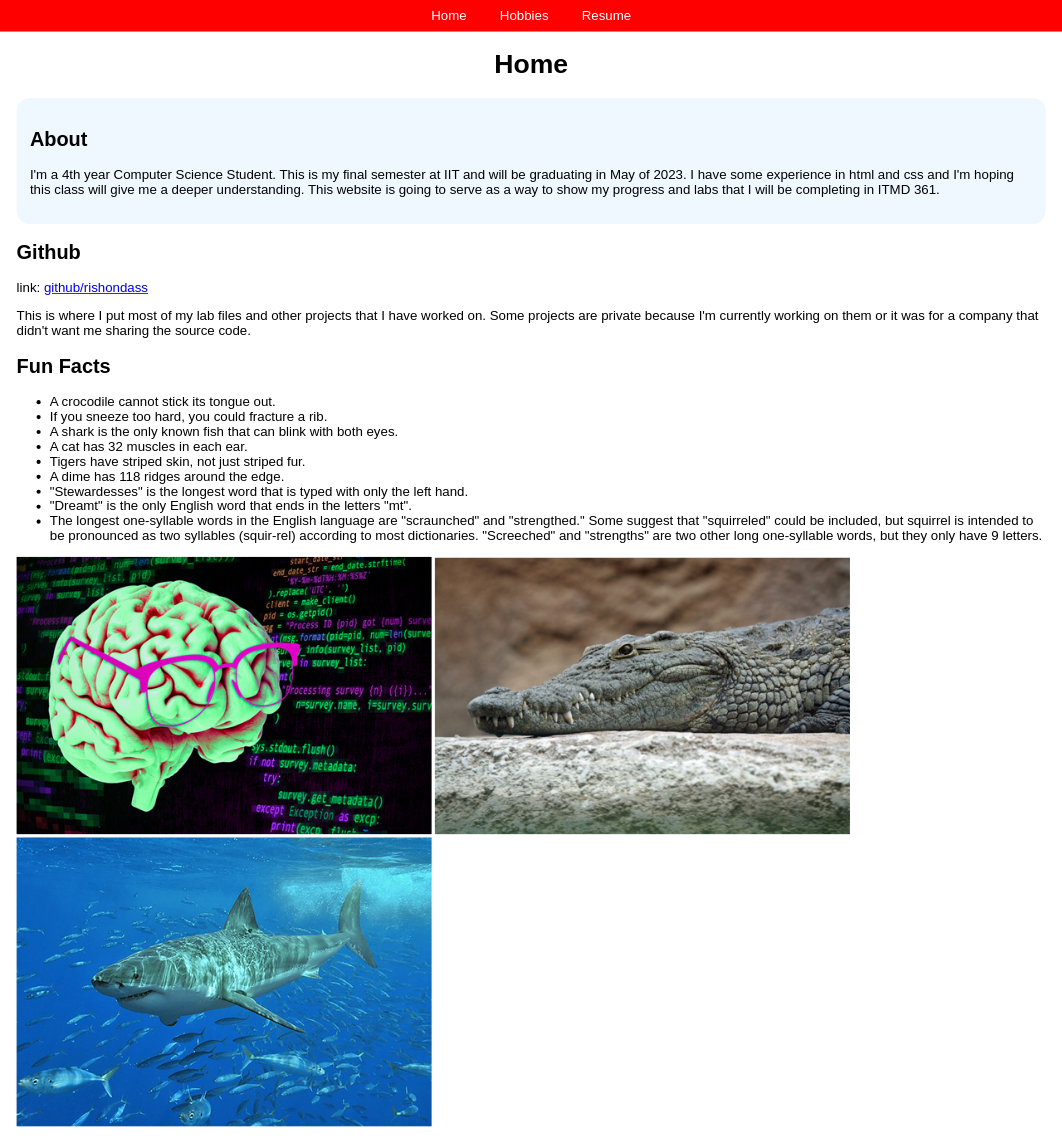
Repository: rishondass/ITMD361-Project2
Page: index.html
The author's editor kept a copy of each file at every save. The page is drawn from the files as they stood at one save, then again after the next save.
The browser window is 1280 px wide. The pictures show the whole page, at 83% of full size.

Above is the page before, as saved 2023-03-07 21:49:19.

### index.html
<!DOCTYPE html>
<html lang="en">
<head>
    <meta charset="UTF-8">
    <meta name="viewport" content="width=device-width, initial-scale=1.0">
    <link rel="stylesheet" href="css/style.css">
    <link rel="stylesheet" href="css/normalize.css">
    <title>Home</title>
</head>
<body>
    <nav id="main-nav">
        <ul>
            <li>
                <a href="index.html">Home</a>
            </li>
            <li>
                <a href="hobbies.html">Hobbies</a>
            </li>
            <li>
                <a href="resume.html">Resume</a>
            </li>
        </ul>
    </nav>
    <div id="hero-section">
        <h1 id="title-Home">
            Home
        </h1>
    </div>
    <div id="main-container">
        <div id="about-section">
            <h2>
                About
            </h2>
            <p>
                I'm a 4th year Computer Science Student. This is my final semester at IIT and will be graduating in May of 2023. I have some experience in html and css and I'm hoping this class will give me a deeper understanding. This website is going to serve as a way to show my progress and labs that I will be completing in ITMD 361.
            </p>
        </div>

        <h2>
            Github
        </h2>
        <p>
            link: <a target="_blank" href="https://www.github.com/rishondass">github/rishondass</a>
        </p>
        <p>
            This is where I put most of my lab files and other projects that I have worked on. Some projects are private because I'm currently working on them or it was for a company that didn't want me sharing the source code.
        </p>
        <h2>
            Fun Facts
        </h2>
        <ul>
            <li>
                A crocodile cannot stick its tongue out.
            </li>
            <li>
                If you sneeze too hard, you could fracture a rib.
            </li>
            <li>
                A shark is the only known fish that can blink with both eyes.
            </li>
            <li>
                A cat has 32 muscles in each ear.
            </li>
            <li>
                Tigers have striped skin, not just striped fur.
            </li>
            <li>
                A dime has 118 ridges around the edge.
            </li>
            <li>
                "Stewardesses" is the longest word that is typed with only the left hand.
            </li>
            <li>
                "Dreamt" is the only English word that ends in the letters "mt".
            </li>
            <li>
                The longest one-syllable words in the English language are "scraunched" and "strengthed." Some suggest that "squirreled" could be included, but squirrel is intended to be pronounced as two syllables (squir-rel) according to most dictionaries. "Screeched" and "strengths" are two other long one-syllable words, but they only have 9 letters.
            </li>
        </ul>
        <img src="images/code.jpg" alt="image_of_code">
        <img src="images/Nile_crocodile_head.jpg" alt="image_of_crocodile">
        <img src="images/White_shark.jpg" alt="image_of_shark">

    </div>
</body>
</html>

### css/style.css
#main-nav{
    background-color: red;
    overflow: hidden;
}

#main-nav ul{
    list-style-type: none;
    padding: 0;
    margin: 0;
    display: flex;
    justify-content: center;
}

#main-nav a{
   display: block;
   padding: 10px 20px;
   text-decoration: none;
   color: white;
}


#main-nav a:hover{
    background-color: rgb(255, 255, 255);
    color:black;
}

#main-container{
    margin: 20px;
}

/*
To be added
#hero-section{
    width: 100%;
    height: 100vh;
    background-color:rgb(15, 92, 207);
} */

#title-Home{
    text-align: center;
}

#about-section{
    background-color:aliceblue;
    border-radius: 1rem;
    padding: 1rem;
}

Loaded but not shown: css/normalize.css (library)

After the next save:
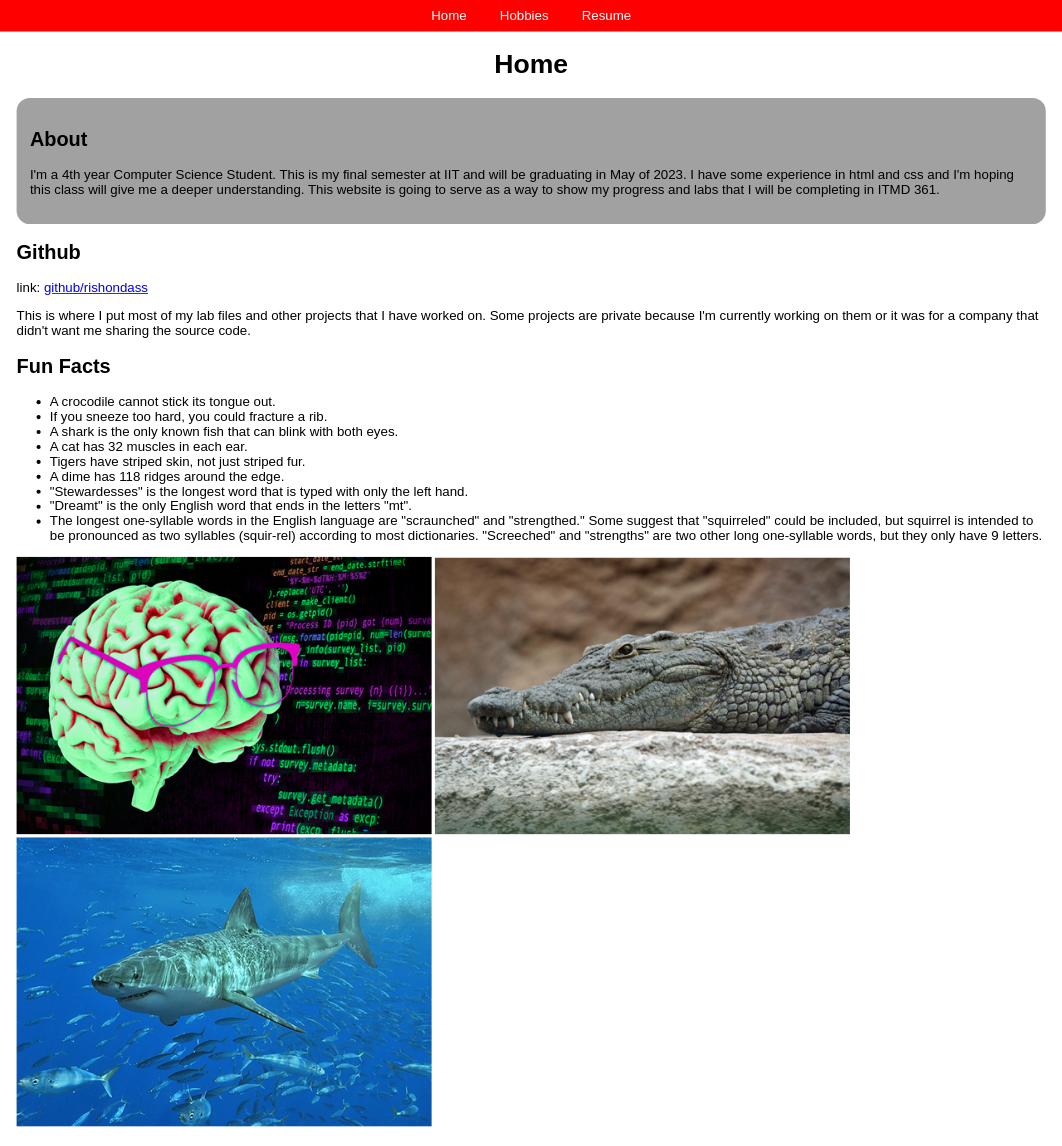
Saved 11 s later.
--- a/css/style.css
+++ b/css/style.css
@@ -41,7 +41,7 @@ To be added
 }
 
 #about-section{
-    background-color:aliceblue;
+    background-color:rgb(161, 161, 161);
     border-radius: 1rem;
     padding: 1rem;
 }
